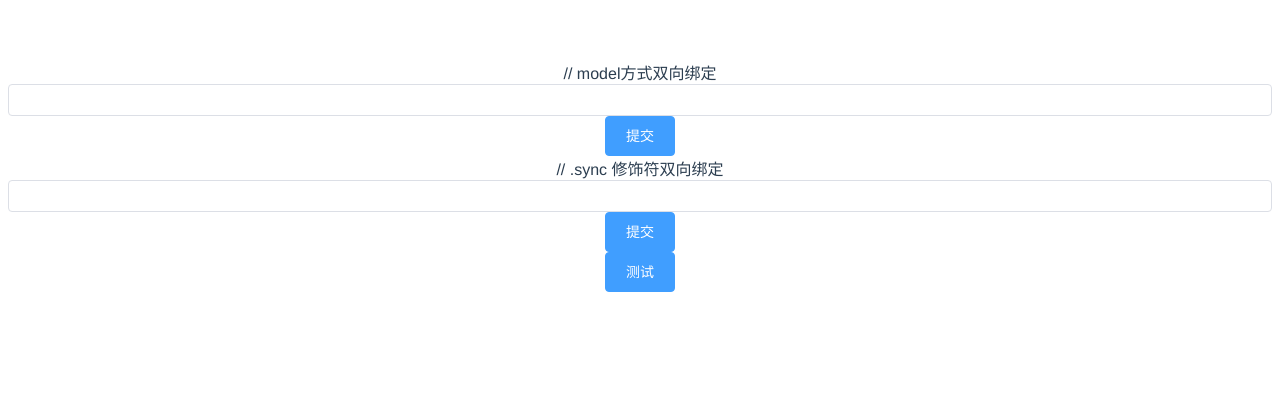
Repository: liuzhilin-lzl/vue-project
Page: /
These files come from the project's save history. The page is drawn as it stood at one moment and after the next save; the edit follows.
The browser window is 1280 px wide. The pictures show the whole page.
The project was rebuilt for these pictures with package versions that can differ from the ones it lists, and the page was loaded fresh each time.

Above is the page before, as saved 2021-11-20 21:43:20.

After the next save:
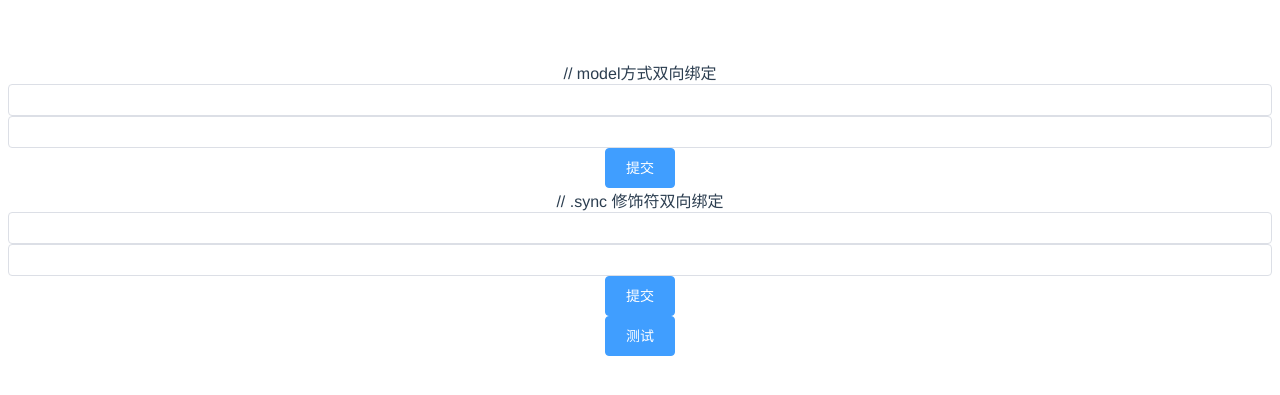
Saved 10 s later.
--- a/src/components/selectModal/InputModal.vue
+++ b/src/components/selectModal/InputModal.vue
@@ -9,6 +9,7 @@
 
 <template>
   <div>
+    <el-input size="small" v-model="value" ></el-input>
     <el-input size="small" v-model="value" ></el-input>
     <el-button type="primary" @click=updateVal>提交</el-button>
   </div>
